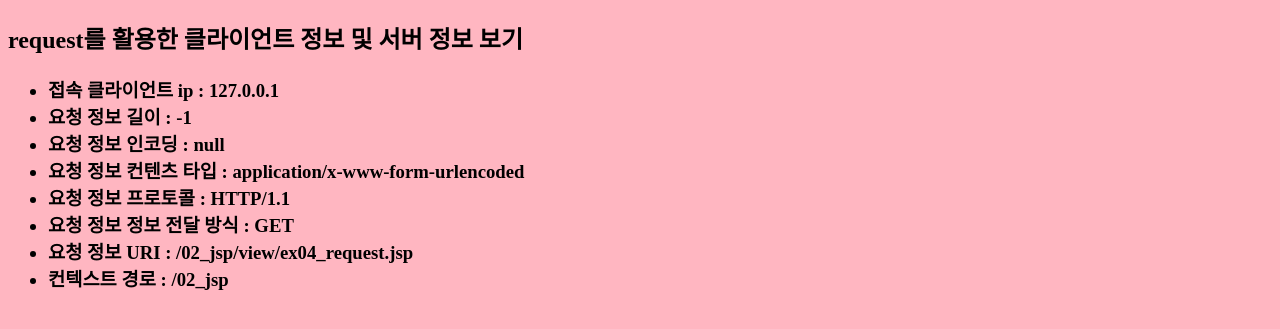
Repository: wjsjsn/23_jspstudy
Page: http://localhost/02_jsp/view/ex04_request.jsp
These files come from the project's save history. The page is drawn as it stood at one moment and after the next save; the edit follows.
The browser window is 1280 px wide. The pictures show the whole page.
The page is served by Tomcat 9. Other server files are loaded and not shown.

Above is the page before, as saved 2023-07-05 06:08:23.

### 02_jsp/src/main/webapp/view/ex04_request.jsp
<%@ page language="java" contentType="text/html; charset=UTF-8"
    pageEncoding="UTF-8"%>
<!DOCTYPE html>
<html>
<head>
<meta charset="UTF-8">
<title>내장 객체 : request</title>
<style type="text/css">
	body{
	background-color: lightpink;
	}
</style>
</head>
<body>
	<%--
		1. request : 클라이언트가 요청한 정보를 담고 있음(파라미터도 갖고 있음)
		** request의 생명 주기는 response가 이루어지면 사라짐(끝남)
		2. request가 갖고 있는 정보들
		 - 클라이언트의 정보 및 서버 정보를 얻을 수 있는 메서드를 제공
		 - form 태그에서 보낸 파라미터의 정보 제공
		 - 요청 헤드의 정보 제공

		 1) 클라이언트의 정보 및 서버 정보를 얻을 수 있는 메서드
		 	- getRemoteAddr()
		 	- getContentLength()
		 	- getCharacterEncoding()
		 	- getContentType()
		 	- getProtocol()
		 	- getContentPath()
		 	- getRequestURI()
		 	- getContextPath()
		 	- getServerName()
		 	- getServerPort()

		 2) **파라미터 정보 제공
		 	- getParameter(String name) : String
		 	- getParameterVlaues(String name) : String[]
		 	- getParameterMap(String name) : Map<String, String[]>
		 	- getParameterNames() : Enumeration<String>

		3) 요청 헤드 정보
			- getHeader(String name) : 헤더 값 구하기
			- getHeader(Enumeration) : 헤더 목록 구하기
			- getHeaderNames() : 헤더 이름 구하기
			- getIntHeader(String name) : 헤더 값을 정수값으로 구하기
			- getDeteHeader(String name) : 헤더값을 날짜값으로 구하기

	   4) ** 다른 주요 메서드
	   		- forward : request.getRequestDispatcher("이동할 주소").forward(request, response);
	   		- session 호출 : request.getSession();
	   		- ** MVC 패턴에서 중요한 포인트 :
	   			-- request는 response하면 사라짐
	   			-- request를 이용한 데이터 저장 : request.setAttribute("이름", 데이터);
	   			-- request를 이용한 데이터 호출 : request.getAttribute("이름", 데이터);
	 --%>
	 <h2>request를 활용한 클라이언트 정보 및 서버 정보 보기</h2>
	 <h3>
	 	<ul>
	 		<li>접속 클라이언트 ip : <%=request.getRemoteAddr()%></li>
	 		<li>요청 정보 길이 : <%=request.getContentLength()%></li>
	 		<li>요청 정보 인코딩 : <%=request.getCharacterEncoding()%></li>
	 		<li>요청 정보 컨텐츠 타입 : <%=request.getContentType()%></li>
	 		<li>요청 정보 프로토콜 : <%=request.getProtocol()%></li>
	 		<li>요청 정보 정보 전달 방식 : <%=request.getMethod()%></li>
	 		<li>요청 정보 URI : <%=request.getRequestURI()%></li>
	 		<li>컨텍스트 경로 : <%=request.getContextPath()%></li>
	 	</ul>
	 </h3>
	 </body>
</html>

After the next save:
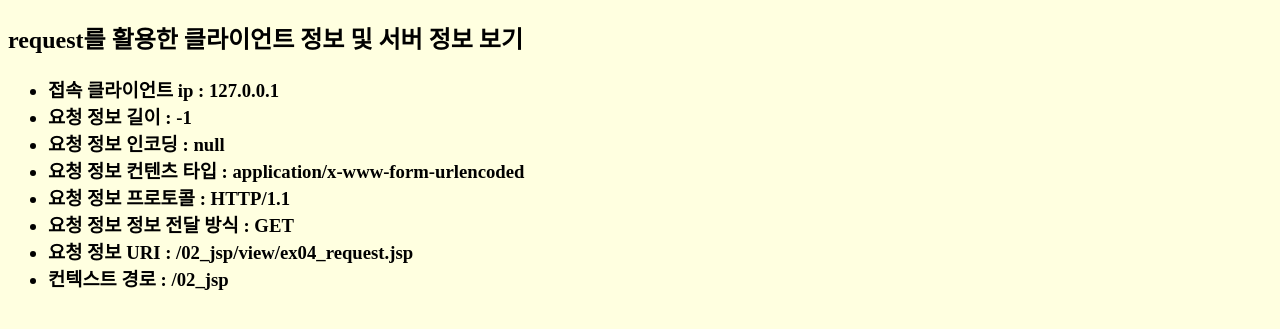
Saved 21 s later.
--- a/02_jsp/src/main/webapp/view/ex04_request.jsp
+++ b/02_jsp/src/main/webapp/view/ex04_request.jsp
@@ -7,7 +7,7 @@
 <title>내장 객체 : request</title>
 <style type="text/css">
 	body{
-	background-color: lightpink;
+	background-color: lightyellow;
 	}
 </style>
 </head>
